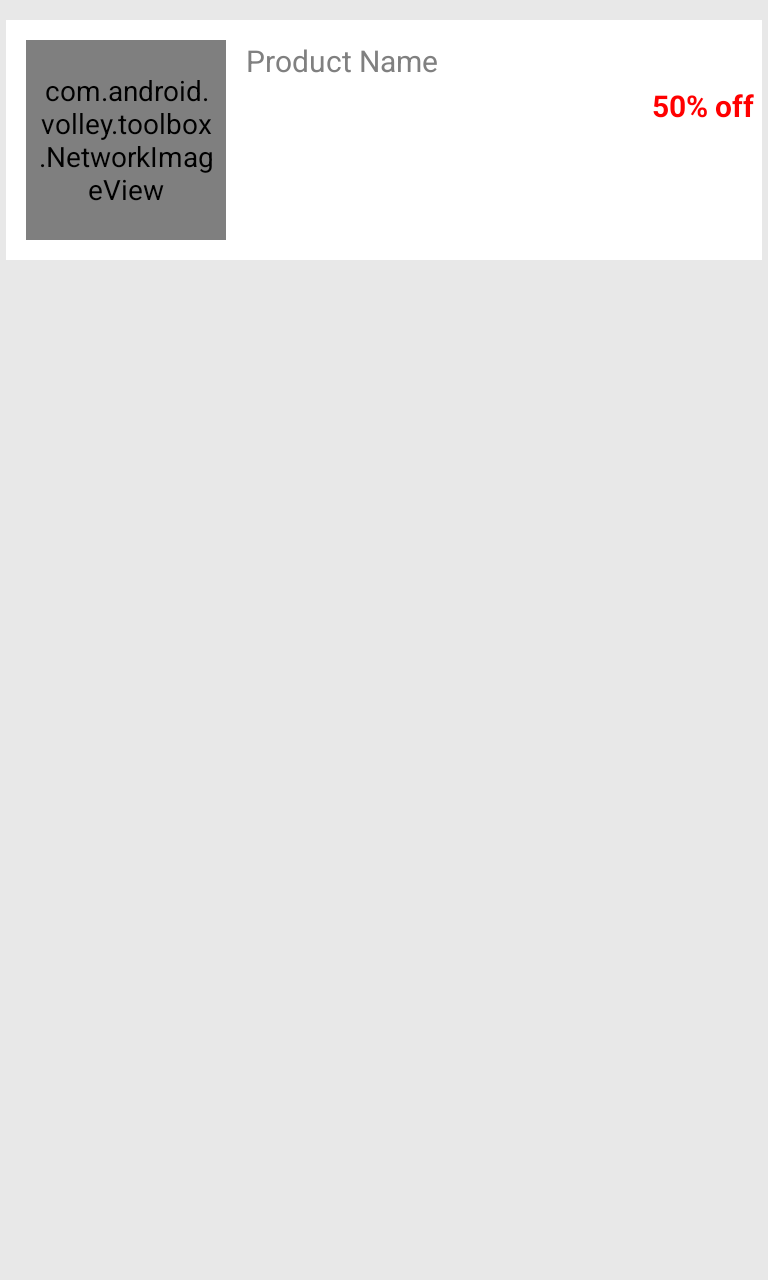
Repository: thisisdemo333/BigDiscount
Layout: BigDiscounts/res/layout/view_lv_search_list.xml
An editor plug-in stored every save of this project. The layout is shown before and after the next save, followed by the edit.
Pictures or frames that could not be fetched are drawn as grey boxes. It is drawn on a 768 x 1280 px phone screen (xhdpi) without system bars, with theme AppTheme; the app's code is not run.

Above is the layout before, as saved 2015-05-10 16:27:41.

After the next save:
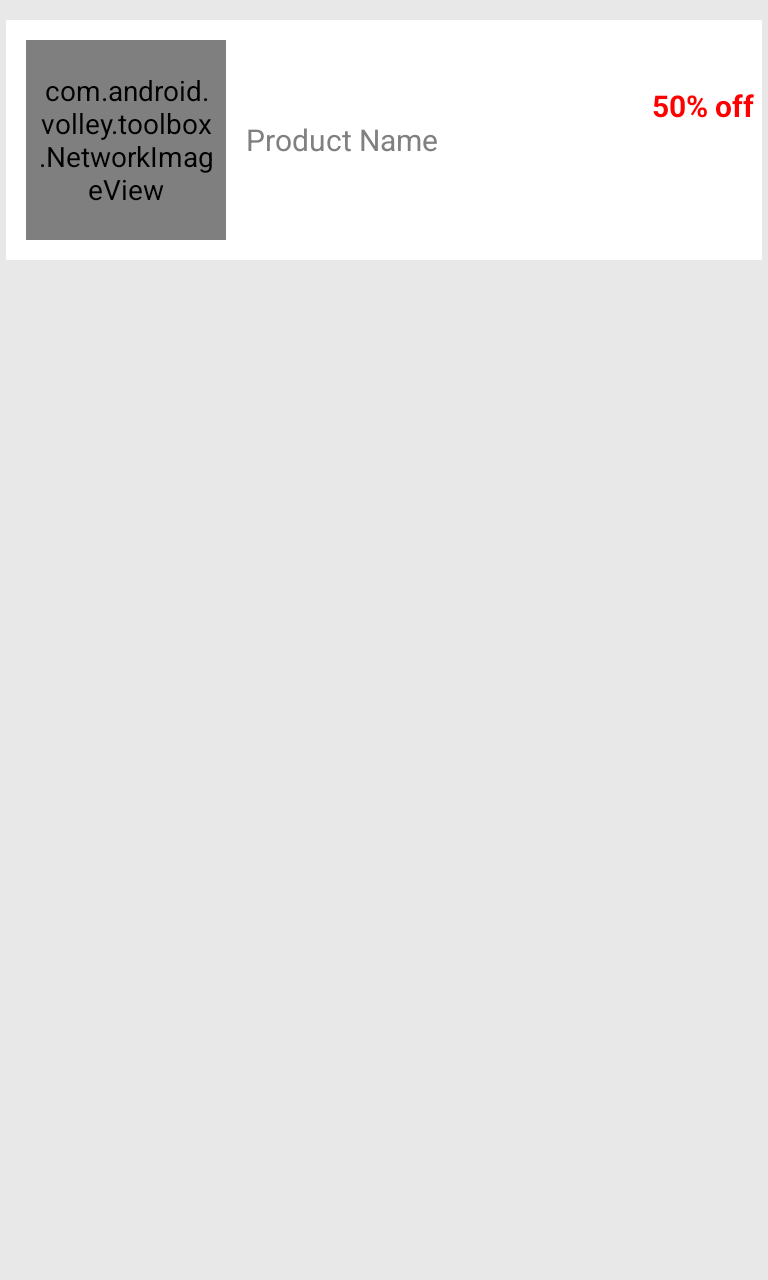
Saved 15 s later.
--- a/BigDiscounts/res/layout/view_lv_search_list.xml
+++ b/BigDiscounts/res/layout/view_lv_search_list.xml
@@ -47,7 +47,7 @@
             android:text="Product Name"
             android:textColor="@color/gray"
             android:textSize="@dimen/medium_text_size"
-            android:layout_centerHorizontal="true" />
+            android:layout_centerVertical="true" />
 
         <!-- <TextView -->
         <!-- android:id="@+id/tv_product_selling_prise" -->
